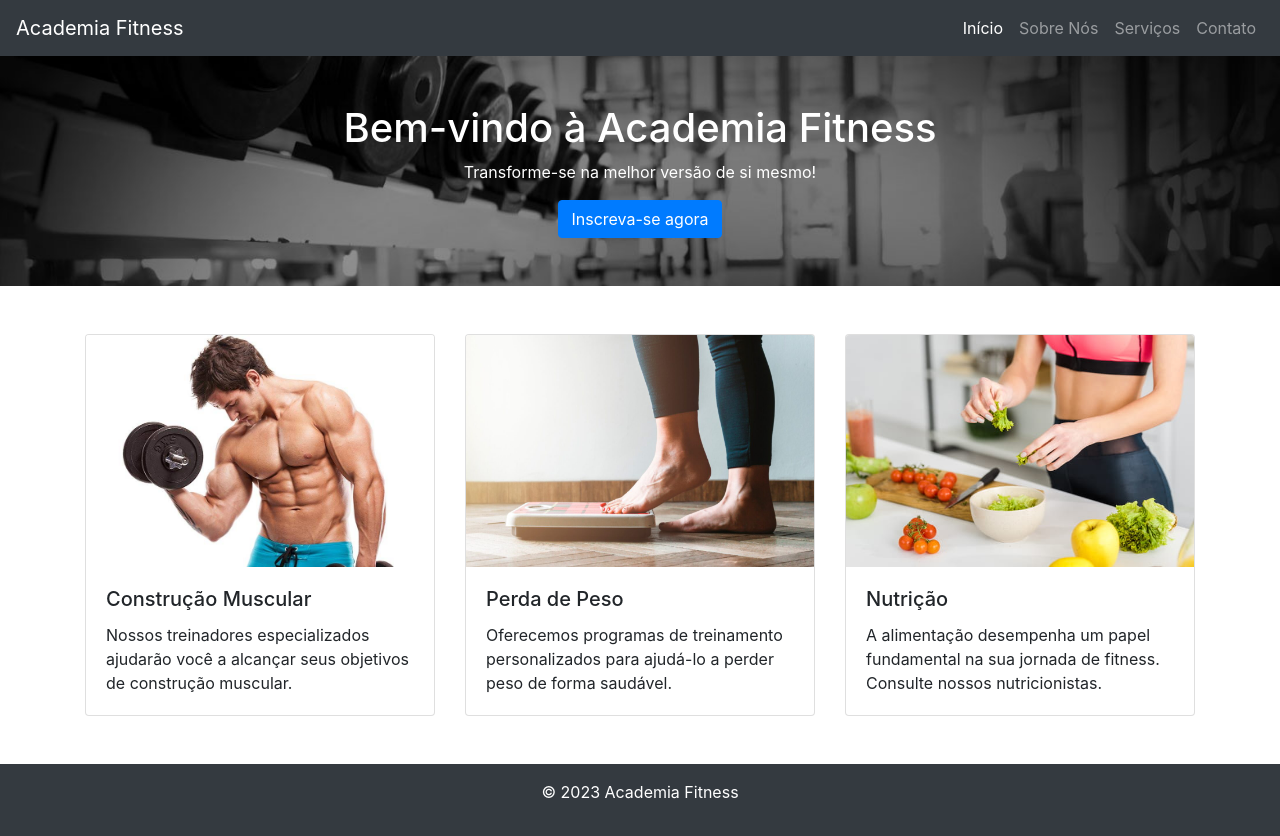
Repository: 01nethy/pratica14
Page: index.html
These files come from the project's save history. The page is drawn as it stood at one moment and after the next save; the edit follows.
The browser window is 1280 px wide. The pictures show the whole page.

Above is the page before, as saved 2023-09-07 23:41:29.

### index.html
<!DOCTYPE html>
<html lang="pt-BR">
<head>
    <meta charset="UTF-8">
    <meta name="viewport" content="width=device-width, initial-scale=1.0">
    <title>Academia de Musculação</title>
    <link rel="stylesheet" href="https://stackpath.bootstrapcdn.com/bootstrap/4.5.2/css/bootstrap.min.css">
    <link rel="stylesheet" href="style.css">
</head>
<body>

<!-- Barra de navegação -->
<nav class="navbar navbar-expand-lg navbar-dark bg-dark">
    <a class="navbar-brand" href="#">Academia Fitness</a>
    <button class="navbar-toggler" type="button" data-toggle="collapse" data-target="#navbarNav" aria-controls="navbarNav" aria-expanded="false" aria-label="Toggle navigation">
        <span class="navbar-toggler-icon"></span>
    </button>
    <div class="collapse navbar-collapse" id="navbarNav">
        <ul class="navbar-nav ml-auto">
            <li class="nav-item active">
                <a class="nav-link" href="#">Início</a>
            </li>
            <li class="nav-item">
                <a class="nav-link" href="#">Sobre Nós</a>
            </li>
            <li class="nav-item">
                <a class="nav-link" href="#">Serviços</a>
            </li>
            <li class="nav-item">
                <a class="nav-link" href="#">Contato</a>
            </li>
        </ul>
    </div>
</nav>

<!-- Cabeçalho -->
<header id="fundo" class="py-5 text-center">
    <h1>Bem-vindo à Academia Fitness</h1>
    <p>Transforme-se na melhor versão de si mesmo!</p>
    <a class="btn btn-primary" href="#">Inscreva-se agora</a>
</header>

<!-- Seção de Destaque -->
<section class="container my-5">
    <div class="row">
        <div class="col-md-4">
            <div class="card">
                <img src="massa.jpg" class="card-img-top" alt="Ganho de Massa">
                <div class="card-body">
                    <h5 class="card-title">Construção Muscular</h5>
                    <p class="card-text">Nossos treinadores especializados ajudarão você a alcançar seus objetivos de construção muscular.</p>
                </div>
            </div>
        </div>
        <div class="col-md-4">
            <div class="card">
                <img src="peso.jpeg" class="card-img-top" alt="Perda de Peso">
                <div class="card-body">
                    <h5 class="card-title">Perda de Peso</h5>
                    <p class="card-text">Oferecemos programas de treinamento personalizados para ajudá-lo a perder peso de forma saudável.</p>
                </div>
            </div>
        </div>
        <div class="col-md-4">
            <div class="card">
                <img src="nutricao.jpg" class="card-img-top" alt="Nutrição">
                <div class="card-body">
                    <h5 class="card-title">Nutrição</h5>
                    <p class="card-text">A alimentação desempenha um papel fundamental na sua jornada de fitness. Consulte nossos nutricionistas.</p>
                </div>
            </div>
        </div>
    </div>
</section>

<!-- Rodapé -->
<footer class="bg-dark text-white text-center py-3">
    <p>&copy; 2023 Academia Fitness</p>
</footer>


</body>
</html>

### style.css
#fundo{

    background: url(background2.jpg) top left;
    background-size: cover;

}

header{
    color: white;
}

After the next save:
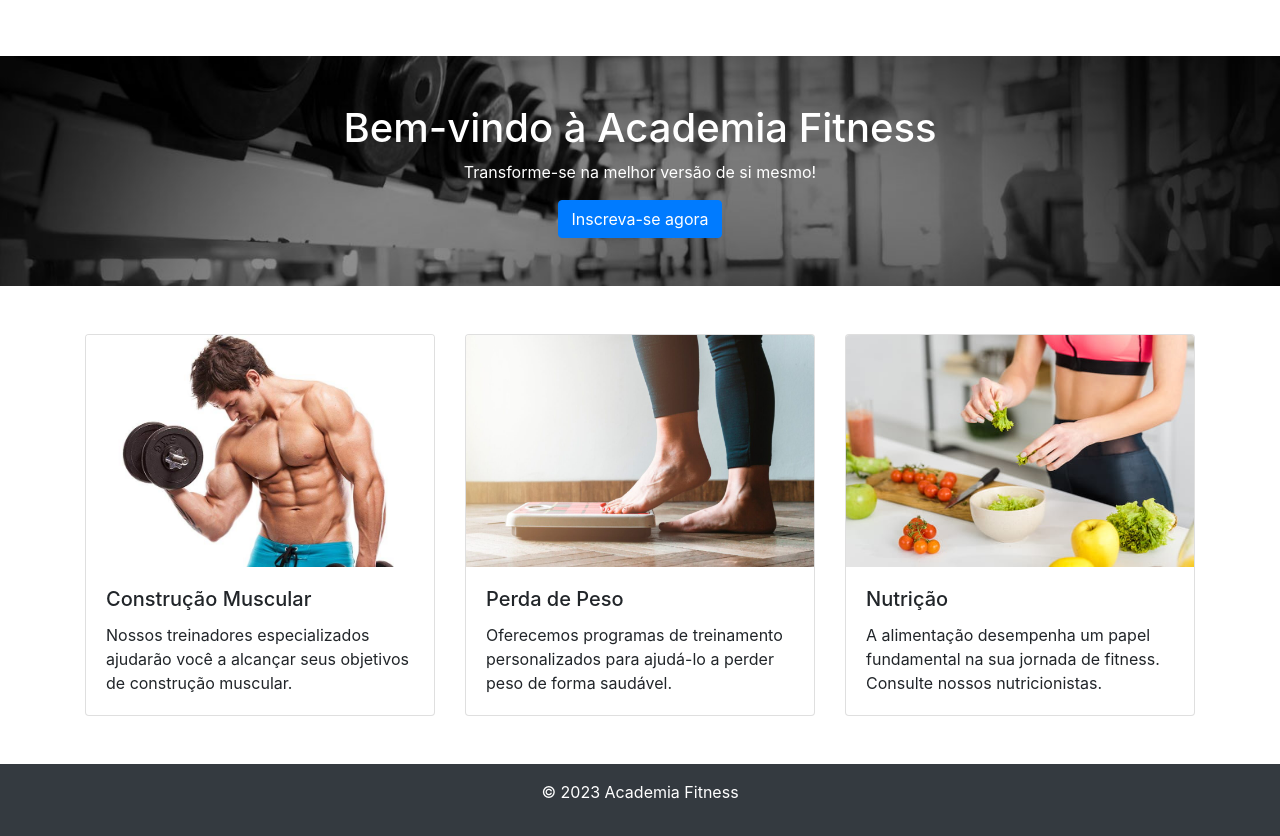
Saved 44 s later.
--- a/index.html
+++ b/index.html
@@ -10,7 +10,7 @@
 <body>
 
 <!-- Barra de navegação -->
-<nav class="navbar navbar-expand-lg navbar-dark bg-dark">
+<nav class="navbar navbar-expand-lg navbar-dark bg-white">
     <a class="navbar-brand" href="#">Academia Fitness</a>
     <button class="navbar-toggler" type="button" data-toggle="collapse" data-target="#navbarNav" aria-controls="navbarNav" aria-expanded="false" aria-label="Toggle navigation">
         <span class="navbar-toggler-icon"></span>
